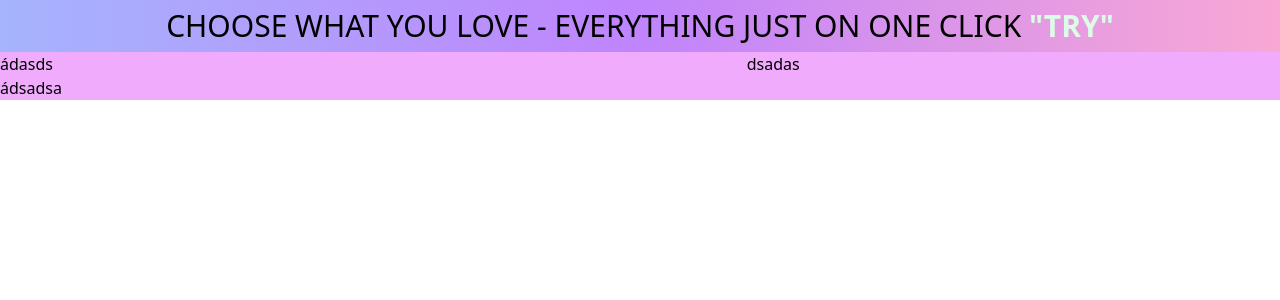
Repository: NguyenVietPhuQuy/ReactJs-TailWind-Redux-FunctionHook-ModelDesign
Page: / (app in modeldesign/)
An editor plug-in stored every save of this project. The page is shown before and after the next save, followed by the edit.
The browser window is 1280 px wide. The pictures show the whole page.
The project was rebuilt for these pictures with package versions that can differ from the ones it lists, and the page was loaded fresh each time. Also part of the build but not shown: modeldesign/src/App.css.

Above is the page before, as saved 2022-11-17 10:34:42.

### modeldesign/src/index.js
import React from 'react';
import ReactDOM from 'react-dom/client';
import './index.css';
import App from './App';
import reportWebVitals from './reportWebVitals';
import {Provider} from 'react-redux'
import store from './Components/Reducer/Store'
const root = ReactDOM.createRoot(document.getElementById('root'));
root.render(
  <React.StrictMode>
    <Provider store ={store}>
    <App />
    </Provider>
  </React.StrictMode>
);

// If you want to start measuring performance in your app, pass a function
// to log results (for example: reportWebVitals(console.log))
// or send to an analytics endpoint. Learn more: https://bit.ly/CRA-vitals
reportWebVitals();

### modeldesign/src/App.js
import './App.css';
import Home from './Components/Home.js'
function App() {
  return (
    <div>
      <Home/>
    </div>
  );
}

export default App;

### modeldesign/src/Components/Reducer/Store.js
import {createStore} from "redux"
import rootReducer from "./RootReducer"

const store = createStore(rootReducer,window.__REDUX_DEVTOOLS_EXTENSION__ && window.__REDUX_DEVTOOLS_EXTENSION__())
export default store

### modeldesign/src/Components/Home.js
import React from "react";
import Header from './Header.js'
import Category from "./Category.js";
import ProductList from "./ProductList.js";
import Model from "./Model.js";
function Home() {
    return (
        <div className="container mx-auto relative bg-fuchsia-300">
            <section className=
            " bg-gradient-to-r from-indigo-300 via-purple-400 to-pink-300 w-full ring-2 ring-transparent">
                    <Header/>
            </section>
            <section className="main flex flex-row">
                <div className="basis-7/12">
                    <Category/>
                    <ProductList/>
                </div>
                <div className="basis-5/12">
                    <Model />
                </div>
            </section>
        </div>
    )
}
export default Home

### modeldesign/src/Components/Reducer/RootReducer.js
import { combineReducers } from "redux";
import ProductReducer from './ProductReducer'

const rootReducer = combineReducers({
    products: ProductReducer,

})

export default rootReducer

### modeldesign/src/Components/Header.js
import React from "react";
function Header(){
    return (
        <div className="text-center text-3xl p-2">
            CHOOSE WHAT YOU LOVE - EVERYTHING JUST ON ONE CLICK <span className="text-green-100 font-bold">"TRY" </span>
        </div>
    )
}
export default Header

### modeldesign/src/Components/Category.js
import React from "react";
function Category(){
    return(<div>
        ádasds
    </div>)
}
export default Category

### modeldesign/src/Components/ProductList.js
import React from "react";
function ProductList(){
    return(<div>
ádsadsa
    </div>)
}
export default ProductList

### modeldesign/src/Components/Model.js
import React from "react";
function Model(){
    return(<div>
        dsadas
    </div>)
}
export default Model

### modeldesign/src/Components/Reducer/ProductReducer.js

const initialState = {
    product: [{
        id: 'topcloth_1',
        type: "topclothes",
        name: "Top Cloth 1",
        desc: "Lorem ipsum dolor, sit amet consectetur adipisicing elit. Aliquid, nulla.",
        imgSrc_jpg: 'images/clothes/topcloth1_show.jpg',
        imgSrc_png: 'images/clothes/topcloth1.png',
    },
    {
        id: 'topcloth_2',
        type: "topclothes",
        name: "Top Cloth 2",
        desc: "Lorem ipsum dolor, sit amet consectetur adipisicing elit. Aliquid, nulla.",
        imgSrc_jpg: 'images/clothes/topcloth2_show.jpg',
        imgSrc_png: 'images/clothes/topcloth2.png',
    },
    {
        id: 'topcloth_3',
        type: "topclothes",
        name: "Top Cloth 3",
        desc: "Lorem ipsum dolor, sit amet consectetur adipisicing elit. Aliquid, nulla.",
        imgSrc_jpg: 'images/clothes/topcloth3_show.jpg',
        imgSrc_png: 'images/clothes/topcloth3.png',
    },
    {
        id: 'topcloth_4',
        type: "topclothes",
        name: "Top Cloth 4",
        desc: "Lorem ipsum dolor, sit amet consectetur adipisicing elit. Aliquid, nulla.",
        imgSrc_jpg: 'images/clothes/topcloth4_show.jpg',
        imgSrc_png: 'images/clothes/topcloth4.png',
    },
    {
        id: 'topcloth_5',
        type: "topclothes",
        name: "Top Cloth 5",
        desc: "Lorem ipsum dolor, sit amet consectetur adipisicing elit. Aliquid, nulla.",
        imgSrc_jpg: 'images/clothes/topcloth5_show.jpg',
        imgSrc_png: 'images/clothes/topcloth5.png',
    },
    {
        id: 'topcloth_6',
        type: "topclothes",
        name: "Top Cloth ",
        desc: "Lorem ipsum dolor, sit amet consectetur adipisicing elit. Aliquid, nulla.",
        imgSrc_jpg: 'images/clothes/topcloth6_show.jpg',
        imgSrc_png: 'images/clothes/topcloth6.png',
    },

    // Both clothes
    {
        id: 'botcloth_1',
        type: "botclothes",
        name: "Bot Cloth 1",
        desc: "Lorem ipsum dolor, sit amet consectetur adipisicing elit. Aliquid, nulla.",
        imgSrc_jpg: 'images/clothes/botcloth1_show.jpg',
        imgSrc_png: 'images/clothes/botcloth1.png',
    },
    {
        id: 'botcloth_2',
        type: "botclothes",
        name: "Bot Cloth 2",
        desc: "Lorem ipsum dolor, sit amet consectetur adipisicing elit. Aliquid, nulla.",
        imgSrc_jpg: 'images/clothes/botcloth2_show.jpg',
        imgSrc_png: 'images/clothes/botcloth2.png',
    },
    {
        id: 'botcloth_3',
        type: "botclothes",
        name: "Bot Cloth 3",
        desc: "Lorem ipsum dolor, sit amet consectetur adipisicing elit. Aliquid, nulla.",
        imgSrc_jpg: 'images/clothes/botcloth3_show.jpg',
        imgSrc_png: 'images/clothes/botcloth3.png',
    },
    {
        id: 'botcloth_4',
        type: "botclothes",
        name: "Bot Cloth 4",
        desc: "Lorem ipsum dolor, sit amet consectetur adipisicing elit. Aliquid, nulla.",
        imgSrc_jpg: 'images/clothes/botcloth4_show.jpg',
        imgSrc_png: 'images/clothes/botcloth4.png',
    },
    {
        id: 'botcloth_5',
        type: "botclothes",
        name: "Bot Cloth 5",
        desc: "Lorem ipsum dolor, sit amet consectetur adipisicing elit. Aliquid, nulla.",
        imgSrc_jpg: 'images/clothes/botcloth5_show.jpg',
        imgSrc_png: 'images/clothes/botcloth5.png',
    },

    // Shoes
    {
        id: 'shoes_1',
        type: "shoes",
        name: "Shoes 1",
        desc: "Lorem ipsum dolor, sit amet consectetur adipisicing elit. Aliquid, nulla.",
        imgSrc_jpg: 'images/shoes/shoes1_show.jpg',
        imgSrc_png: 'images/shoes/shoes1.png',
    },
    {
        id: 'shoes_2',
        type: "shoes",
        name: "Shoes 2",
        desc: "Lorem ipsum dolor, sit amet consectetur adipisicing elit. Aliquid, nulla.",
        imgSrc_jpg: 'images/shoes/shoes2_show.jpg',
        imgSrc_png: 'images/shoes/shoes2.png',
    },
    {
        id: 'shoes_3',
        type: "shoes",
        name: "Shoes 3",
        desc: "Lorem ipsum dolor, sit amet consectetur adipisicing elit. Aliquid, nulla.",
        imgSrc_jpg: 'images/shoes/shoes3_show.jpg',
        imgSrc_png: 'images/shoes/shoes3.png',
    },
    {
        id: 'shoes_4',
        type: "shoes",
        name: "Shoes 4",
        desc: "Lorem ipsum dolor, sit amet consectetur adipisicing elit. Aliquid, nulla.",
        imgSrc_jpg: 'images/shoes/shoes4_show.jpg',
        imgSrc_png: 'images/shoes/shoes4.png',
    },
    {
        id: 'shoes_5',
        type: "shoes",
        name: "Shoes 5",
        desc: "Lorem ipsum dolor, sit amet consectetur adipisicing elit. Aliquid, nulla.",
        imgSrc_jpg: 'images/shoes/shoes5_show.jpg',
        imgSrc_png: 'images/shoes/shoes5.png',
    },

    // Handbags
    {
        id: 'handbag_1',
        type: "handbags",
        name: "Handbag 1",
        desc: "Lorem ipsum dolor, sit amet consectetur adipisicing elit. Aliquid, nulla.",
        imgSrc_jpg: 'images/handbags/handbag1_show.jpg',
        imgSrc_png: 'images/handbags/handbag1.png',
    },
    {
        id: 'handbag_2',
        type: "handbags",
        name: "Handbag 2",
        desc: "Lorem ipsum dolor, sit amet consectetur adipisicing elit. Aliquid, nulla.",
        imgSrc_jpg: 'images/handbags/handbag2_show.jpg',
        imgSrc_png: 'images/handbags/handbag2.png',
    },
    {
        id: 'handbag_3',
        type: "handbags",
        name: "Handbag 3",
        desc: "Lorem ipsum dolor, sit amet consectetur adipisicing elit. Aliquid, nulla.",
        imgSrc_jpg: 'images/handbags/handbag3_show.jpg',
        imgSrc_png: 'images/handbags/handbag3.png',
    },

    // Necklaces
    {
        id: 'necklace_1',
        type: "necklaces",
        name: "Necklace 1",
        desc: "Lorem ipsum dolor, sit amet consectetur adipisicing elit. Aliquid, nulla.",
        imgSrc_jpg: 'images/necklaces/necklace1_show.jpg',
        imgSrc_png: 'images/necklaces/necklace1.png',
    },
    {
        id: 'necklace_2',
        type: "necklaces",
        name: "Necklace 2",
        desc: "Lorem ipsum dolor, sit amet consectetur adipisicing elit. Aliquid, nulla.",
        imgSrc_jpg: 'images/necklaces/necklace2_show.jpg',
        imgSrc_png: 'images/necklaces/necklace2.png',
    },
    {
        id: 'necklace_3',
        type: "necklaces",
        name: "Necklace 3",
        desc: "Lorem ipsum dolor, sit amet consectetur adipisicing elit. Aliquid, nulla.",
        imgSrc_jpg: 'images/necklaces/necklace3_show.jpg',
        imgSrc_png: 'images/necklaces/necklace3.png',
    },

    // Hairstyle
    {
        id: 'hairstyle_1',
        type: "hairstyle",
        name: "Hairstyle 1",
        desc: "Lorem ipsum dolor, sit amet consectetur adipisicing elit. Aliquid, nulla.",
        imgSrc_jpg: 'images/hairstyle/hairstyle1_show.jpg',
        imgSrc_png: 'images/hairstyle/hairstyle1.png',
    },
    {
        id: 'hairstyle_2',
        type: "hairstyle",
        name: "Hairstyle 2",
        desc: "Lorem ipsum dolor, sit amet consectetur adipisicing elit. Aliquid, nulla.",
        imgSrc_jpg: 'images/hairstyle/hairstyle2_show.jpg',
        imgSrc_png: 'images/hairstyle/hairstyle2.png',
    },
    {
        id: 'hairstyle_3',
        type: "hairstyle",
        name: "Hairstyle 3",
        desc: "Lorem ipsum dolor, sit amet consectetur adipisicing elit. Aliquid, nulla.",
        imgSrc_jpg: 'images/hairstyle/hairstyle3_show.jpg',
        imgSrc_png: 'images/hairstyle/hairstyle3.png',
    },

    // Background
    {
        id: 'background_1',
        type: "background",
        name: "Background 1",
        desc: "Lorem ipsum dolor, sit amet consectetur adipisicing elit. Aliquid, nulla.",
        imgSrc_jpg: 'images/background/background1_show.jpg',
        imgSrc_png: 'images/background/background1.jpg',
    },
    {
        id: 'background_2',
        type: "background",
        name: "Background 2",
        desc: "Lorem ipsum dolor, sit amet consectetur adipisicing elit. Aliquid, nulla.",
        imgSrc_jpg: 'images/background/background2_show.jpg',
        imgSrc_png: 'images/background/background2.jpg',
    },
    {
        id: 'background_3',
        type: "background",
        name: "Background 3",
        desc: "Lorem ipsum dolor, sit amet consectetur adipisicing elit. Aliquid, nulla.",
        imgSrc_jpg: 'images/background/background3_show.jpg',
        imgSrc_png: 'images/background/background3.jpg',
    },
    {
        id: 'background_4',
        type: "background",
        name: "Background 4",
        desc: "Lorem ipsum dolor, sit amet consectetur adipisicing elit. Aliquid, nulla.",
        imgSrc_jpg: 'images/background/background4_show.jpg',
        imgSrc_png: 'images/background/background4.jpg',
    },
    {
        id: 'background_5',
        type: "background",
        name: "Background 5",
        desc: "Lorem ipsum dolor, sit amet consectetur adipisicing elit. Aliquid, nulla.",
        imgSrc_jpg: 'images/background/background5_show.jpg',
        imgSrc_png: 'images/background/background5.jpg',
    },
    {
        id: 'background_6',
        type: "background",
        name: "Background 6",
        desc: "Lorem ipsum dolor, sit amet consectetur adipisicing elit. Aliquid, nulla.",
        imgSrc_jpg: 'images/background/background6_show.jpg',
        imgSrc_png: 'images/background/background6.jpg',
    },
    {
        id: 'background_7',
        type: "background",
        name: "Background 7",
        desc: "Lorem ipsum dolor, sit amet consectetur adipisicing elit. Aliquid, nulla.",
        imgSrc_jpg: 'images/background/background7_show.jpg',
        imgSrc_png: 'images/background/background7.jpg',
    },
],
}
const ProductReducer = (state =initialState,action)=>{
    return state
}

export default ProductReducer

Loaded but not shown: modeldesign/public/index.html (common file); modeldesign/src/index.css (common file); modeldesign/src/reportWebVitals.js (common file); modeldesign/tailwind.config.js (common file)

After the next save:
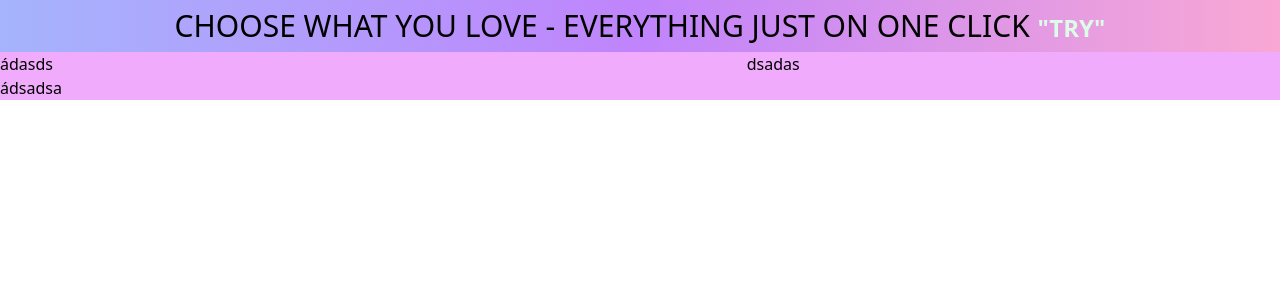
Saved 10 s later.
--- a/modeldesign/src/Components/Header.js
+++ b/modeldesign/src/Components/Header.js
@@ -2,7 +2,7 @@ import React from "react";
 function Header(){
     return (
         <div className="text-center text-3xl p-2">
-            CHOOSE WHAT YOU LOVE - EVERYTHING JUST ON ONE CLICK <span className="text-green-100 font-bold">"TRY" </span>
+            CHOOSE WHAT YOU LOVE - EVERYTHING JUST ON ONE CLICK <span className="text-green-100 font-bold text-2xl">"TRY" </span>
         </div>
     )
 }
